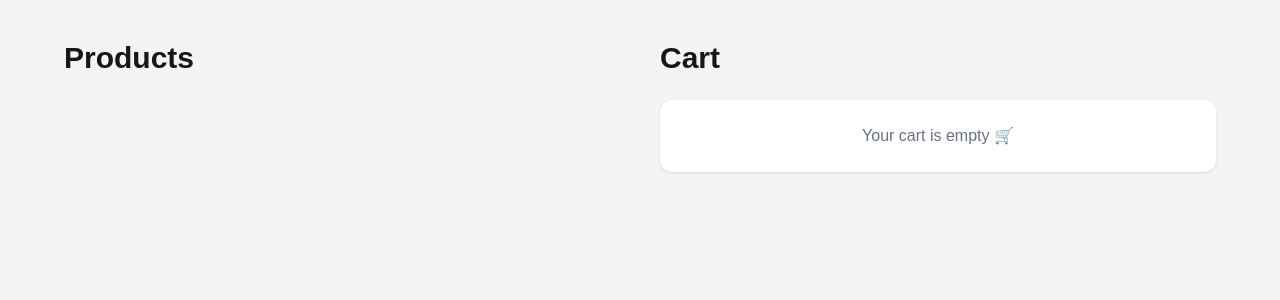
Repository: dipto230/nexist-task
Page: / (app in frontend/)
The author's editor kept a copy of each file at every save. The page is drawn from the files as they stood at one save, then again after the next save.
The browser window is 1280 px wide. The pictures show the whole page.
The page's requests for data from a server got no answer. The project was rebuilt for these pictures with package versions that can differ from the ones it lists, and the page was loaded fresh each time. The framework's server and built-in components were replaced by stand-ins that run in the browser. No one was signed in, and anything a server would have sent is missing. Also part of the build but not shown: frontend/next.config.ts.

Above is the page before, as saved 2026-04-30 03:22:02.

After the next save:
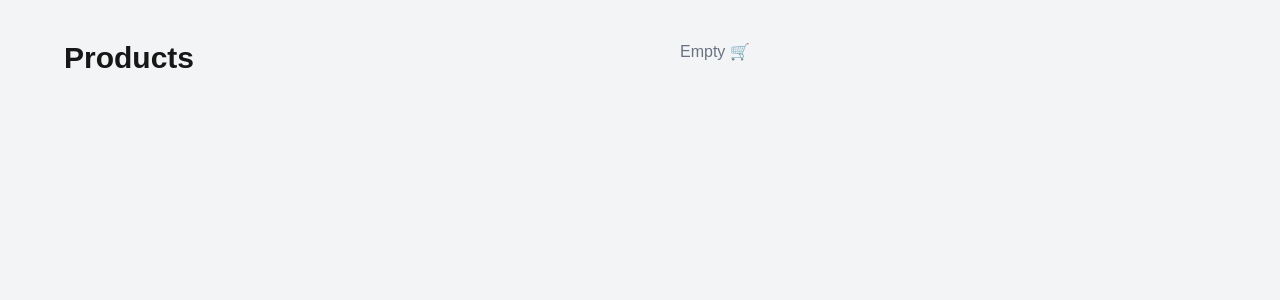
Saved 10 s later.
--- a/frontend/src/components/Cart.tsx
+++ b/frontend/src/components/Cart.tsx
@@ -9,48 +9,39 @@ export default function Cart() {
   const cartItems = useSelector((state: RootState) => state.cart.items);
   const dispatch = useDispatch();
 
+  if (cartItems.length === 0) {
+    return <p className="text-center text-gray-500">Empty 🛒</p>;
+  }
+
   return (
-    <div className="w-1/2">
-      <h2 className="text-3xl font-bold mb-6">Cart</h2>
+    <div className="space-y-3 max-h-60 overflow-y-auto">
+      {cartItems.map((item) => (
+        <div
+          key={item.id}
+          className="flex items-center justify-between border-b pb-2"
+        >
+          <div className="flex items-center gap-2">
+            <img
+              src={item.image || "https://via.placeholder.com/40"}
+              className="w-10 h-10 rounded"
+            />
+            <div>
+              <p className="text-sm font-medium">{item.name}</p>
+              <p className="text-xs text-gray-500">৳ {item.price}</p>
+            </div>
+          </div>
 
-      {cartItems.length === 0 ? (
-        <div className="bg-white p-6 rounded-xl shadow text-center text-gray-500">
-          Your cart is empty 🛒
+          <button
+            className="text-red-500 text-sm"
+            onClick={() => {
+              dispatch(removeItem(item.id));
+              toast.success("Removed");
+            }}
+          >
+            ✕
+          </button>
         </div>
-      ) : (
-        <div className="space-y-4">
-          {cartItems.map((item) => (
-            <div
-              key={item.id}
-              className="bg-white p-4 rounded-xl shadow flex items-center justify-between"
-            >
-              <div className="flex items-center gap-4">
-
-                <img
-                  src={item.image || "https://via.placeholder.com/80"}
-                  alt={item.name}
-                  className="w-16 h-16 object-cover rounded-lg"
-                />
-
-                <div>
-                  <h4 className="font-semibold">{item.name}</h4>
-                  <p className="text-gray-500">৳ {item.price}</p>
-                </div>
-              </div>
-
-              <button
-                className="bg-red-500 text-white px-4 py-2 rounded-lg hover:bg-red-600"
-                onClick={() => {
-                  dispatch(removeItem(item.id));
-                  toast.success("Item removed 🗑️");
-                }}
-              >
-                Remove
-              </button>
-            </div>
-          ))}
-        </div>
-      )}
+      ))}
     </div>
   );
 }
